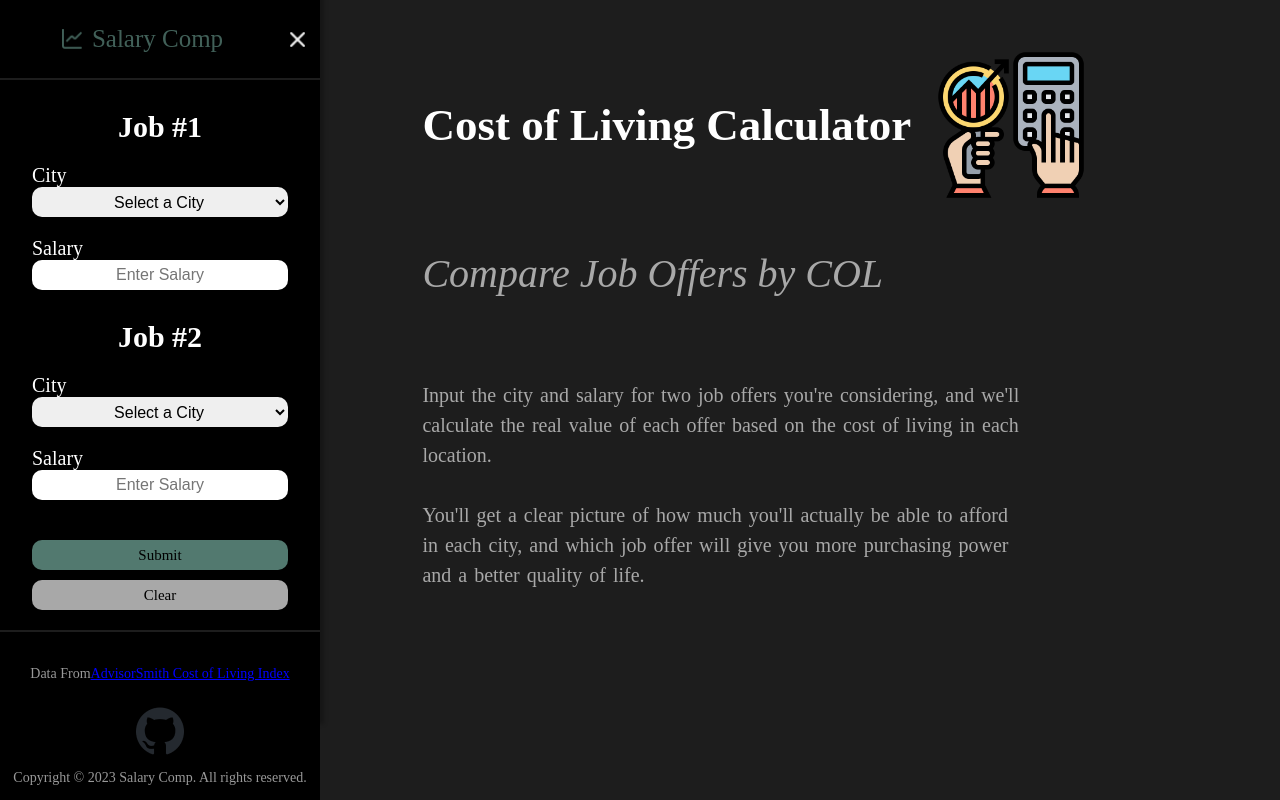
Repository: robbymcd/Salary-Comp
Page: /
An editor plug-in stored every save of this project. The page is shown before and after the next save, followed by the edit.
The browser window is 1280 px wide. The pictures show the whole page.
Some web fonts or font styles are not loaded; a fallback is used. The project was rebuilt for these pictures with package versions that can differ from the ones it lists, and the page was loaded fresh each time. Also part of the build but not shown: src/Main.css, src/Main.js.

Above is the page before, as saved 2023-06-16 11:43:57.

After the next save:
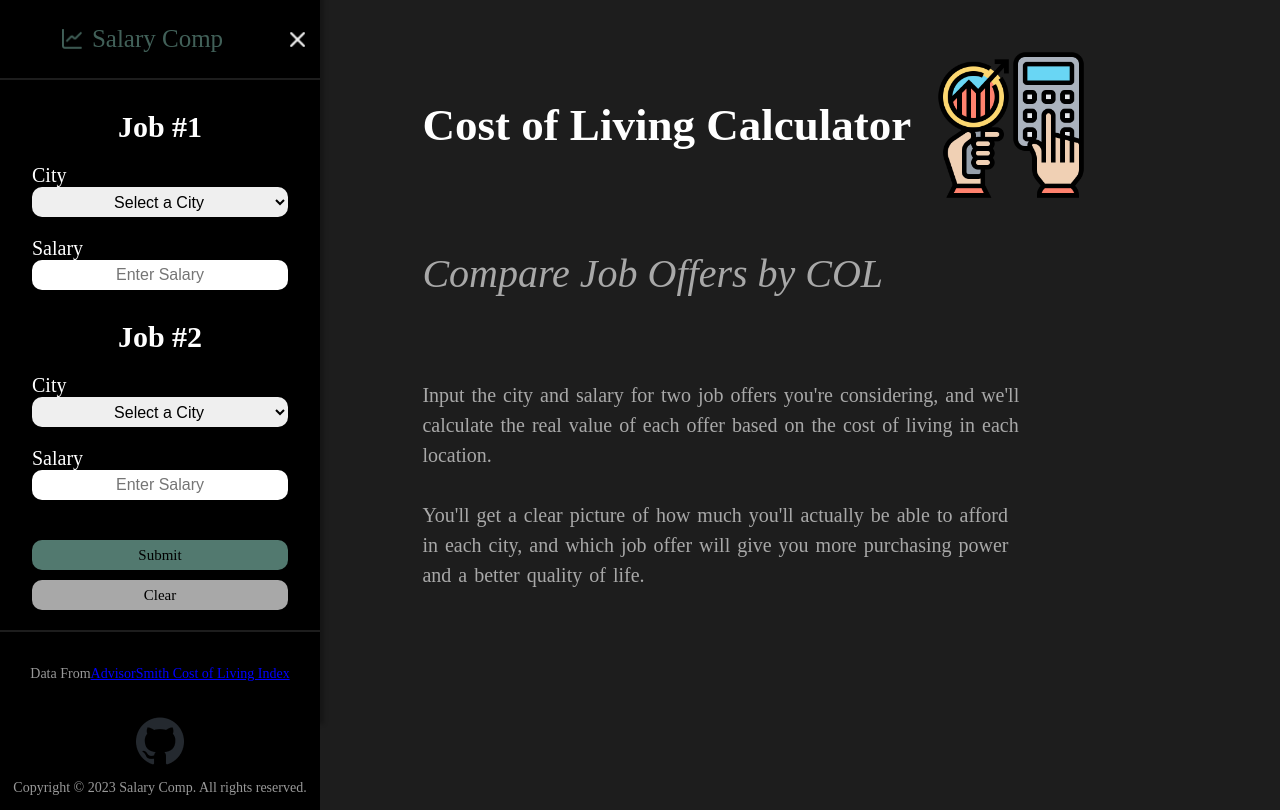
Saved 19 s later.
--- a/src/OpenSidebar.css
+++ b/src/OpenSidebar.css
@@ -174,7 +174,10 @@ input {
     color: blue;
 }
 
-.hiw
+.hiw a:hover {
+    opacity: 0.5;
+    transition: ease-in-out 0.2s;
+}
 
 .github {
     height: 50px;
